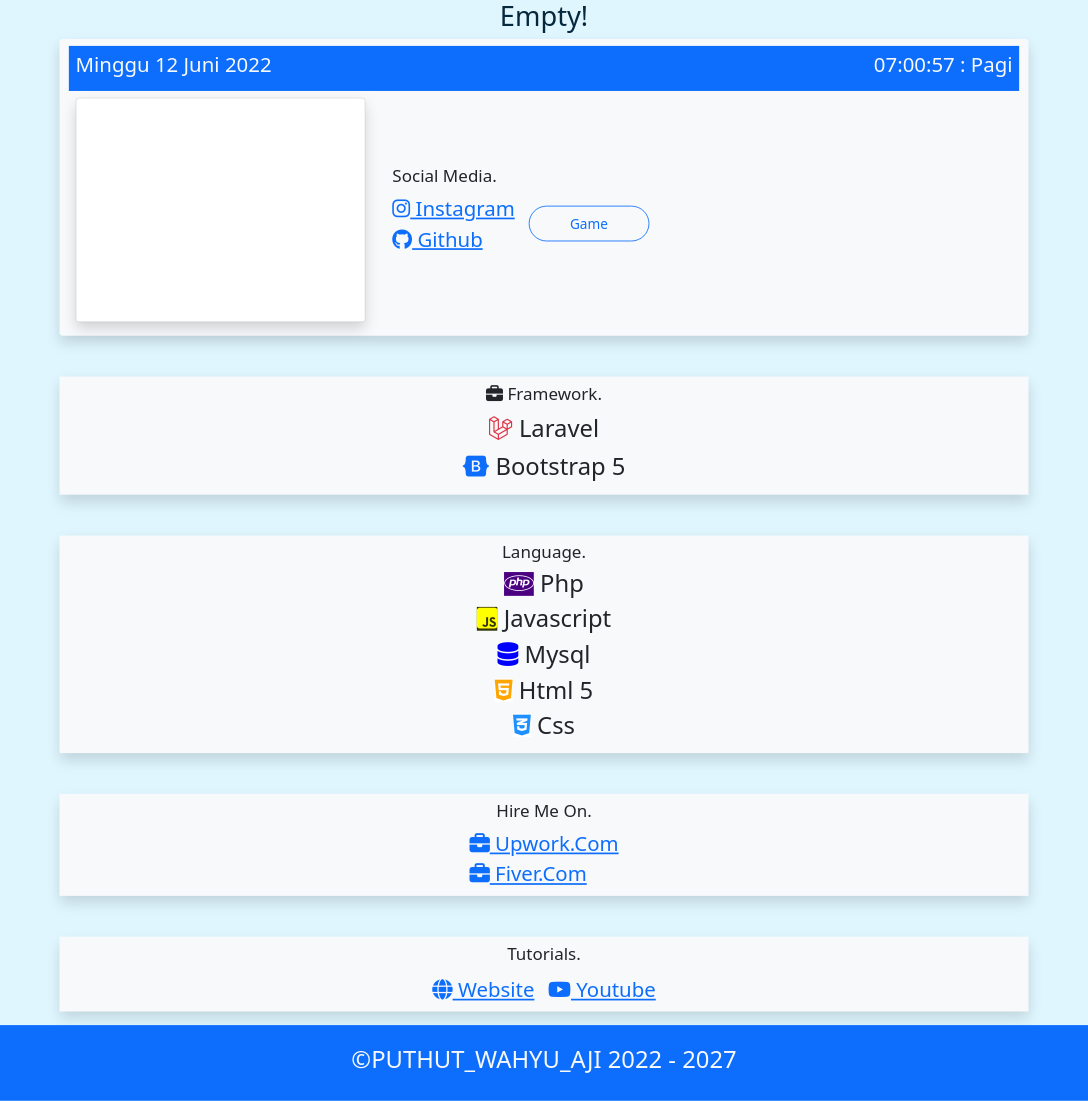
Repository: initer3737/initer3737.github.io
Page: index.html
The author's editor kept a copy of each file at every save. The page is drawn from the files as they stood at one save, then again after the next save.
The browser window is 1280 px wide. The pictures show the whole page, at 85% of full size.
Pictures or frames that could not be fetched are drawn as grey boxes. Some web libraries are served in a nearby version.

Above is the page before, as saved 2022-06-12 07:59:10.

### index.html
<!DOCTYPE html>
<html lang="en">
<head>
    <meta charset="UTF-8">
    <meta http-equiv="X-UA-Compatible" content="IE=edge">
    <meta name="viewport" content="width=device-width, initial-scale=1.0">
    <title>puthut wahyu aji</title>
    <link href="https://cdn.jsdelivr.net/npm/bootstrap@5.0.2/dist/css/bootstrap.min.css" rel="stylesheet" integrity="sha384-EVSTQN3/azprG1Anm3QDgpJLIm9Nao0Yz1ztcQTwFspd3yD65VohhpuuCOmLASjC" crossorigin="anonymous">
    <script src="https://kit.fontawesome.com/7bb1ae10af.js" crossorigin="anonymous"></script>

    <link rel="stylesheet" href="css/style.css">
</head>
<body class="bg-1">
    <header class=" bg-1">
       <div class="row">
           <h2 class="color-4">empty!</h2>
       </div>
    </header>
    <div class="container bg-light shadow rounded  d-flex flex-column gap-4 justify-content-center align-content-center align-items-center p-2">
        <div class="row d-flex align-content-center align-items-center">
            <div class="col-12">
               <div class="bg-primary text-capitalize d-flex justify-content-between">
                <p id="fulldate" class="h4 text-light p-2"></p>
                <p id="jam" class="h4 text-light p-2"></p>
               </div>
            </div>
            <div class="col-10 col-md-5 col-lg-4">
               <div class="card shadow m-2 p-1 position-relative">
                <video src="img/Earth - 4788.mp4" loop muted autoplay class="w-100 rounded-pill py-5 px-2"></video>
                <div class="filter2"></div>
               </div>
            </div>
            <div class="col-10 col-md-9 col-lg-8">
               <h5 class="text-capitalize">social media.</h5>
               <div class="d-flex flex-row align-content-center align-items-center gap-3">
                <div class="d-flex flex-column fs-4">
                    <a href="https://www.instagram.com/puthutwahyuaji/" target="_blank" class="text-capitalize"><i class="fa-brands fa-instagram"></i> instagram</a>
                    <!-- <a href="https://www.facebook.com/puthut.wahyuaji.94/" target="_blank" class="text-capitalize"><i class="fa-brands fa-facebook"></i> facebook</a>
                    <a href="https://twitter.com/puthut_wahkyu" target="_blank" class="text-capitalize"><i class="fa-brands fa-twitter"></i> twitter</a> -->
                    <!-- <a href="https://www.sololearn.com/profile/22926925" target="_blank" class="text-capitalize"><i class="fa-solid fa-globe"></i> sololearn</a> -->
                    <!-- <a href="https://www.duolingo.com/profile/PUTHUTWAHY" target="_blank" class="text-capitalize"><i class="fa-solid fa-globe"></i> duolingo</a> -->
                    <a href="https://github.com/initer3737" target="_blank" class="text-capitalize"><i class="fa-brands fa-github"></i> github</a>
                </div>
                <div class=""><a href="game.html" class="btn btn-outline-primary rounded-pill px-5 py-2">Game</a></div>
            </div>
            </div>
        </div>
    </div>
    <!-- https://www.fiverr.com/share/lYqN8j -->
    <div class="container bg-light shadow mt-5 d-flex flex-column gap-1 justify-content-center align-content-center align-items-center p-2">
        <h5><i class="fa-solid fa-briefcase"></i> framework.</h5>
            <h3><i class="fa-brands fa-laravel text-danger"></i> laravel</h3>
            <h3><i class="fa-brands fa-bootstrap text-primary"></i> bootstrap 5</h3>
        </div>
    </div>

    <div class="container bg-light shadow mt-5 d-flex flex-column  justify-content-center align-content-center align-items-center p-2">
        <h5>language.</h5>
            <h3><i class="fa-brands fa-php php"></i> php</h3>
            <h3><i class="fa-brands fa-js-square javascript"></i> javascript</h3>
            <h3><i class="fa-solid fa-database mysql"></i> mysql</h3>
            <h3><i class="fa-brands fa-html5 html"></i> html 5</h3>
            <h3><i class="fa-brands fa-css3-alt css"></i> css</h3>
        </div>

        <div class="container bg-light shadow mt-5 d-flex flex-column  justify-content-center align-content-center align-items-center p-2">
            <h5 class="capitalize">Hire me on.</h5>
            <div class="d-flex flex-column fs-4">
                <a href="https://www.upwork.com/workwith/puthutwahyuaji" target="_blank"><i class="fa-solid fa-briefcase"></i> upwork.com</a>
                <a href="https://www.fiverr.com/share/lYqN8j" target="_blank"><i class="fa-solid fa-briefcase"></i> fiver.com</a>
            </div>
            </div>

    </div>

    <div class="container bg-light shadow mt-5 d-flex flex-column gap-1 justify-content-center align-content-center align-items-center p-2">
        <h5>tutorials.</h5>
        <div class="fs-4 d-flex gap-3">
            <a href="https://initer3737.github.io/course/html/pages/course.html" target="_blank"><i class="fa-solid fa-globe"></i> website</a>
            <a href="https://www.youtube.com/channel/UClsfa0LkA3_YMsFjW1M__sw" target="_blank"><i class="fa-brands fa-youtube"></i> youtube</a>
        </div>
    </div>

    <footer class="bg-primary mt-3 p-4 text-light">
        <h3 class="text-center">&copy;PUTHUT_WAHYU_AJI <span id="year"></span></h3>
    </footer>
    <script src="https://cdn.jsdelivr.net/npm/bootstrap@5.0.2/dist/js/bootstrap.bundle.min.js" integrity="sha384-MrcW6ZMFYlzcLA8Nl+NtUVF0sA7MsXsP1UyJoMp4YLEuNSfAP+JcXn/tWtIaxVXM" crossorigin="anonymous"></script>
</body>
</html>

<script>
    function Years() {
        $date=new Date();
        let t=document.getElementById('year');
        t.innerHTML=`${$date.getFullYear()} - ${$date.getFullYear()+5}`;
    }
    function Jam(){
        let T=document.getElementById('jam');
        let time=new Date();let hour;let minuets;let second;let statusTime;
        hour=validateTime(time.getHours());minuets=validateTime(time.getMinutes());second=validateTime(time.getSeconds());statusTime=()=>{
            if(hour > 00 &&hour < 11 ){
                status="pagi";
            }else if(hour >11 && hour < 15){
                status="siang";
            }else if(hour > 15 && hour < 18 ){
                status="sore";
            }else{
                status="malam";
            }

            return status;
        };
        T.innerHTML=`${hour}:${minuets}:${second} : ${statusTime()}`;
        setTimeout('Jam()',1000);
    }
    function Tanggal(){
        let t=document.getElementById("fulldate");
        let time=new Date();
        let hari;let bulan;let tanggal;let tahun;let hariAngka=time.getDate();
        tahun=time.getFullYear();bulan=time.getMonth();hari=time.getDay();
        let data={
            hari:["minggu","senin","selasa","rabu","kamis","jum'at","sabtu"],
            bulan:["januari","february","maret","april","mei","juni","juli","agustus","september","oktober","november","desember"]
        };
         t.innerHTML=`${data.hari[hari]}  ${hariAngka}  ${data.bulan[bulan]}  ${tahun}`;
    }
    const validateTime=(T)=>T<10 ?'0'+T:T;

    const initialize=()=>{
                Tanggal();
                Years();
                Jam();
            }

            initialize();
</script>

### css/style.css
*{
    text-transform: capitalize;
   cursor: url(https://ani.cursors-4u.net/cursors/cur-13/cur1162.ani), url(https://ani.cursors-4u.net/cursors/cur-13/cur1162.png), auto !important;
}
body{
    cursor: url('img/cursor.jpeg'),auto;
    /* background-color: #ddd; */
}
a:hover{
    transition:ease-in-out 0.5s;
    color: blueviolet;
    text-decoration: none;
}
.css{
    color: dodgerblue;
    background-color:white ;
}
.html{
    color: orange;
    background-color: white;
}
.mysql{
    background-color:white ;
    color: blue;
}
.javascript{
    background-color:rgb(51, 51, 9) ;
    color: yellow;
}
.php{
    background-color:indigo ;
    color: white;
}
header{
    /* height: 90vh; */
    display: flex;
    align-items: center;
    align-content: center;
    justify-content: center;
}
.filter{
    background-color: dodgerblue;
    opacity: 0.6;
    height: 100%;
    top: 0;
    width: 100%;
    position: absolute;
}
.text-container{
    z-index: 999;
}
.card:hover{
    /* border-color: dodgerblue; */
    background-color: dodgerblue;
    transform: perspective(12px);
    cursor: pointer;
}
.gambar{
    background-image: #000;
}

/*color pallete*/
.color-1{
    color:#DFF6FF;
}
.bg-1{
    background-color:#DFF6FF;
}

.color-2{
    color:#47B5FF;
}
.bg-2{
    background-color:#47B5FF;
}

.color-3{
    color:#1363DF;
}
.bg-3{
    background-color:#1363DF;
}

.color-4{
    color:#06283D;
}
.bg-4{
    background-color:#06283D;
}

After the next save:
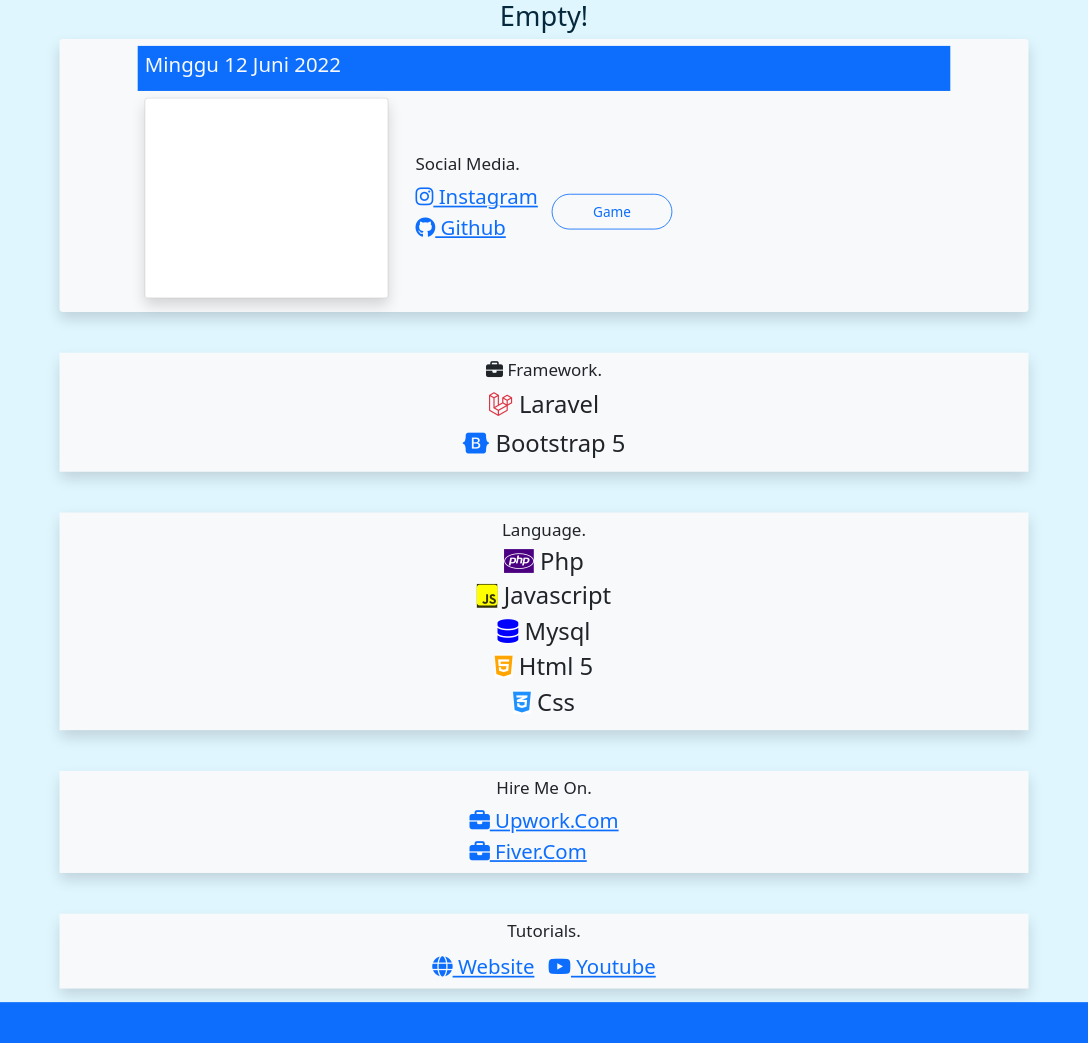
Console error: TypeError: Cannot set properties of null (setting 'innerHTML')
Saved 2 min 28 s later.
--- a/index.html
+++ b/index.html
@@ -82,7 +82,7 @@
     </div>
 
     <footer class="bg-primary mt-3 p-4 text-light">
-        <h3 class="text-center">&copy;PUTHUT_WAHYU_AJI <span id="year"></span></h3>
+
     </footer>
     <script src="https://cdn.jsdelivr.net/npm/bootstrap@5.0.2/dist/js/bootstrap.bundle.min.js" integrity="sha384-MrcW6ZMFYlzcLA8Nl+NtUVF0sA7MsXsP1UyJoMp4YLEuNSfAP+JcXn/tWtIaxVXM" crossorigin="anonymous"></script>
 </body>
